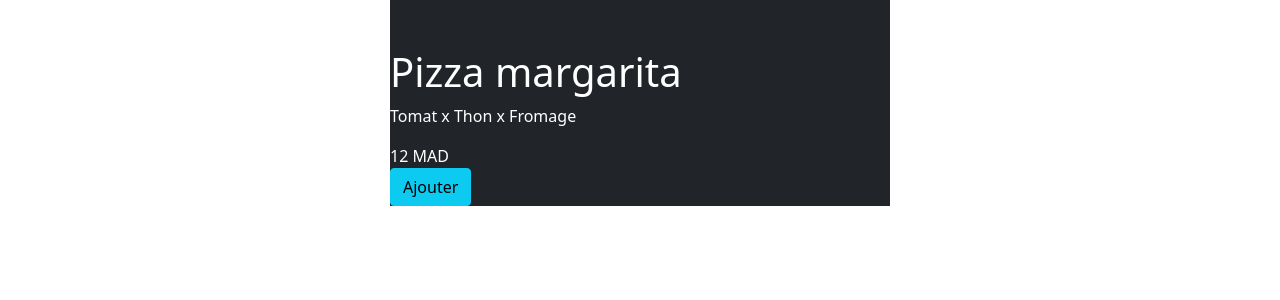
Repository: FS-23/my-restaurant
Page: /
An editor plug-in stored every save of this project. The page is shown before and after the next save, followed by the edit.
The browser window is 1280 px wide. The pictures show the whole page.
The project was rebuilt for these pictures with package versions that can differ from the ones it lists, and the page was loaded fresh each time.

Above is the page before, as saved 2022-04-29 13:41:50.

After the next save:
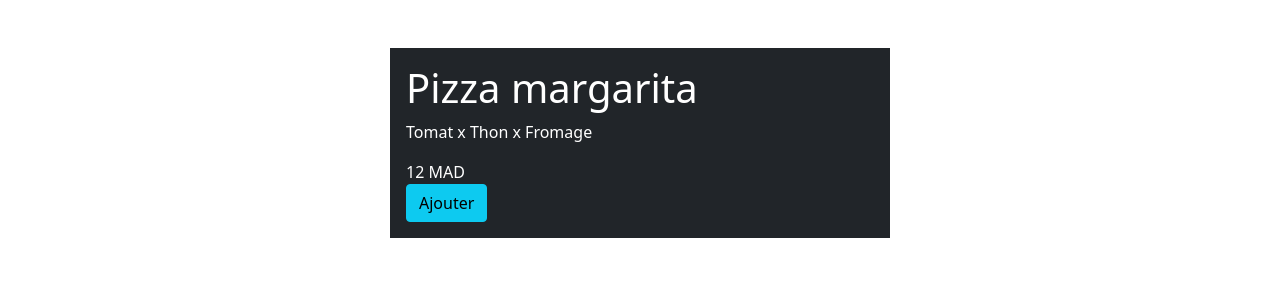
Saved 15 s later.
--- a/src/App.js
+++ b/src/App.js
@@ -6,7 +6,7 @@ function App() {
            <div className='position-absolute d-none top-0 w-100 h-100 bg-dark app-gradient-container'>
 
            </div>
-           <div className="bg-dark pt-5" style={{width:'500px' , margin: "auto"}}>
+           <div className="bg-dark mt-5 p-3" style={{width:'500px' , margin: "auto"}}>
               <Menu />
            </div>
        </div>
